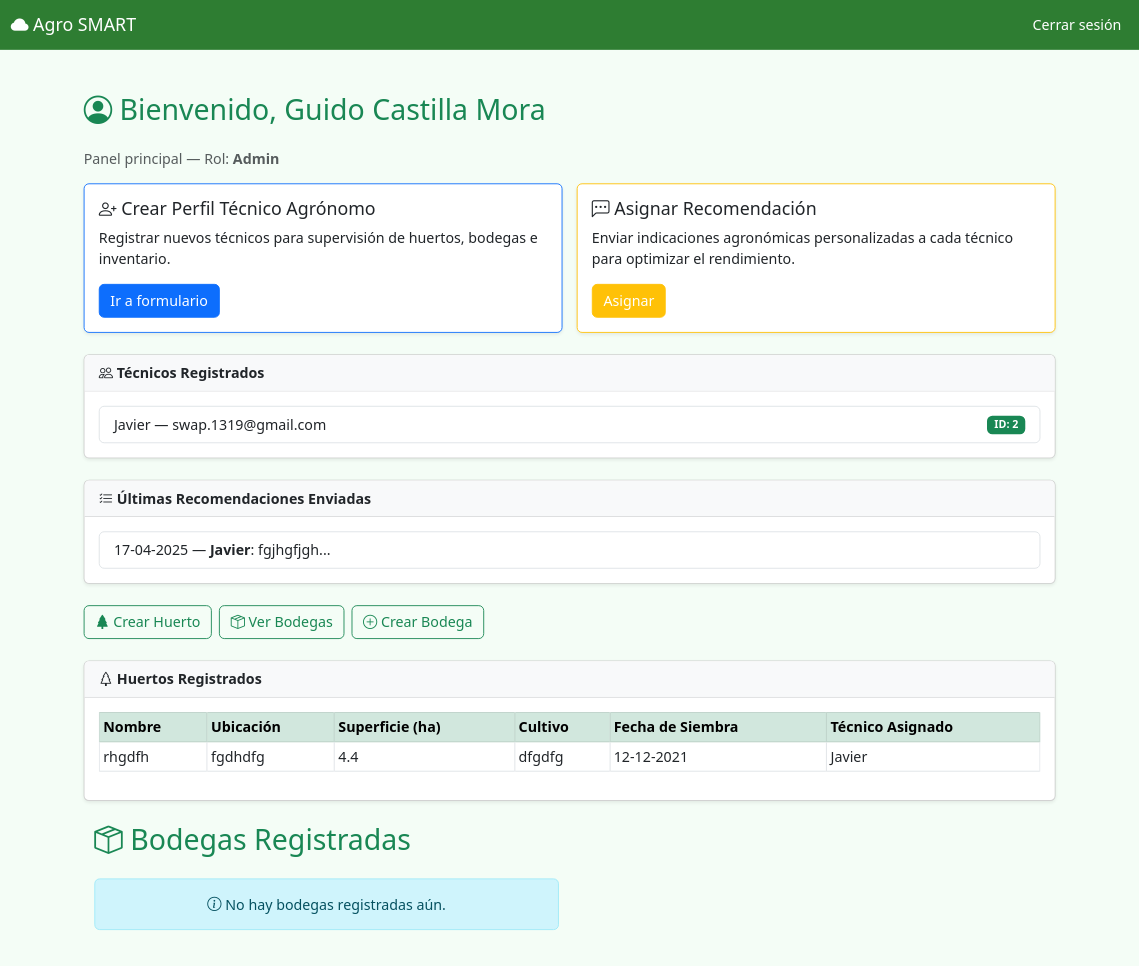
Repository: eikos4/Agrodeskv3
Page: http://localhost/dashboard
An editor plug-in stored every save of this project. The page is shown before and after the next save, followed by the edit.
The browser window is 1280 px wide. The pictures show the whole page, at 89% of full size.
The page is served by the project's application, run on Flask 3 (app/__init__.py). The user the application loads for id 1 is signed in. Other server files are loaded and not shown. The page reads the database file committed with the project.

Above is the page before, as saved 2025-04-14 10:59:52.

### app/templates/dashboard.html
{% extends "base.html" %}

{% block title %}Panel Principal{% endblock %}

{% block content %}
<div class="container py-4">

  <!-- Título del panel -->
  <h2 class="mb-4 text-success">
    <i class="bi bi-person-circle"></i> Bienvenido, {{ current_user.name }}
  </h2>
  <p class="text-muted">Panel principal — Rol: <strong>{{ current_user.role|capitalize }}</strong></p>

  {% if notificaciones %}
  <!-- Notificaciones -->
  <div class="alert alert-light border-start border-4 border-success shadow-sm mb-4">
    <h5><i class="bi bi-bell-fill text-success"></i> Notificaciones</h5>
    <ul class="mb-0 ps-3">
      {% for n in notificaciones %}
        <li><strong>{{ n.titulo }}</strong> — {{ n.mensaje }} <small class="text-muted">({{ n.fecha.strftime('%d-%m-%Y') }})</small></li>
      {% endfor %}
    </ul>
  </div>
  {% endif %}

  <!-- Panel para Administradores -->
  {% if current_user.role == 'admin' %}
    <div class="row g-3 mb-4">
      <div class="col-md-6">
        <div class="card border-primary shadow-sm h-100">
          <div class="card-body">
            <h5 class="card-title"><i class="bi bi-person-plus"></i> Crear Perfil Técnico Agrónomo</h5>
            <p class="card-text">Registrar nuevos técnicos para supervisión de huertos, bodegas e inventario.</p>
            <a href="{{ url_for('admin.crear_tecnico') }}" class="btn btn-primary">Ir a formulario</a>
          </div>
        </div>
      </div>
      <div class="col-md-6">
        <div class="card border-warning shadow-sm h-100">
          <div class="card-body">
            <h5 class="card-title"><i class="bi bi-chat-left-dots"></i> Asignar Recomendación</h5>
            <p class="card-text">Enviar indicaciones agronómicas personalizadas a cada técnico para optimizar el rendimiento.</p>
            <a href="{{ url_for('admin.recomendar') }}" class="btn btn-warning text-white">Asignar</a>
          </div>
        </div>
      </div>
    </div>

    <!-- Técnicos Registrados -->
    <div class="card mb-4 shadow-sm">
      <div class="card-header bg-light">
        <strong><i class="bi bi-people"></i> Técnicos Registrados</strong>
      </div>
      <div class="card-body">
        <ul class="list-group">
          {% for tecnico in tecnicos %}
            <li class="list-group-item d-flex justify-content-between align-items-center">
              {{ tecnico.name }} — {{ tecnico.email }}
              <span class="badge bg-success">ID: {{ tecnico.id }}</span>
            </li>
          {% else %}
            <li class="list-group-item text-muted">No hay técnicos registrados aún.</li>
          {% endfor %}
        </ul>
      </div>
    </div>

    <!-- Últimas Recomendaciones -->
    <div class="card shadow-sm mb-4">
      <div class="card-header bg-light">
        <strong><i class="bi bi-list-check"></i> Últimas Recomendaciones Enviadas</strong>
      </div>
      <div class="card-body">
        <ul class="list-group">
          {% for r in ultimas_recomendaciones %}
            <li class="list-group-item">
              {{ r.fecha.strftime('%d-%m-%Y') }} — <strong>{{ r.tecnico.name }}</strong>: {{ r.contenido[:60] }}...
            </li>
          {% else %}
            <li class="list-group-item text-muted">Aún no se han enviado recomendaciones.</li>
          {% endfor %}
        </ul>
      </div>
    </div>

    <!-- Acciones Administrativas -->
    <div class="d-flex gap-2 mb-4">
      <a href="{{ url_for('admin.crear_huerto') }}" class="btn btn-outline-success">
        <i class="bi bi-tree-fill"></i> Crear Huerto
      </a>
      <a href="{{ url_for('admin.listar_bodegas') }}" class="btn btn-outline-success">
        <i class="bi bi-box-seam"></i> Ver Bodegas
      </a>
      <a href="{{ url_for('admin.crear_bodega') }}" class="btn btn-outline-success">
        <i class="bi bi-plus-circle"></i> Crear Bodega
      </a>
    </div>

    <!-- Huertos Registrados -->
    <div class="card mt-4 shadow-sm">
      <div class="card-header bg-light">
        <strong><i class="bi bi-tree"></i> Huertos Registrados</strong>
      </div>
      <div class="card-body">
        <div class="table-responsive">
          <table class="table table-bordered table-sm align-middle">
            <thead>
              <tr class="table-success">
                <th>Nombre</th>
                <th>Ubicación</th>
                <th>Superficie (ha)</th>
                <th>Cultivo</th>
                <th>Fecha de Siembra</th>
                <th>Técnico Asignado</th>
              </tr>
            </thead>
            <tbody>
              {% for h in huertos %}
              <tr>
                <td>{{ h.nombre }}</td>
                <td>{{ h.ubicacion }}</td>
                <td>{{ h.superficie_ha }}</td>
                <td>{{ h.tipo_cultivo }}</td>
                <td>{{ h.fecha_siembra.strftime('%d-%m-%Y') }}</td>
                <td>{{ h.responsable.name }}</td>
              </tr>
              {% else %}
              <tr><td colspan="6" class="text-muted">No hay huertos registrados.</td></tr>
              {% endfor %}
            </tbody>
          </table>
        </div>
      </div>
    </div>



  <!-- Panel para Técnicos -->
  {% elif current_user.role == 'tecnico' %}
    <div class="alert alert-success shadow-sm d-flex align-items-center mb-4">
      <i class="bi bi-megaphone fs-3 me-3"></i>
      <div>
        <h5 class="mb-1">Instrucciones Técnicas</h5>
        <p class="mb-0">Tu ingeniero agrónomo ha enviado las siguientes recomendaciones para tu gestión de campo.</p>
      </div>
    </div>

    <h4 class="text-success mb-3"><i class="bi bi-tree"></i> Mis Huertos</h4>
    <div class="row row-cols-1 row-cols-md-2 row-cols-lg-3 g-4">
      {% for h in huertos %}
      <div class="col">
        <div class="card border-success h-100 shadow-sm">
          <div class="card-header bg-success text-white">
            <h5 class="card-title mb-0"><i class="bi bi-tree-fill"></i> {{ h.nombre }}</h5>
          </div>
          <div class="card-body">
            <p><i class="bi bi-geo-alt-fill text-success"></i> <strong>Ubicación:</strong> {{ h.ubicacion }}</p>
            <p><i class="bi bi-flower2 text-success"></i> <strong>Cultivo:</strong> {{ h.tipo_cultivo }}</p>
            <p><i class="bi bi-rulers text-success"></i> <strong>Superficie:</strong> {{ h.superficie_ha }} ha</p>
            <p><i class="bi bi-calendar-check text-success"></i> <strong>Siembra:</strong> {{ h.fecha_siembra.strftime('%d-%m-%Y') }}</p>
          </div>
        </div>
      </div>
      {% else %}
      <div class="col-12">
        <div class="alert alert-info text-center">
          <i class="bi bi-info-circle"></i> No tienes huertos asignados aún.
        </div>
      </div>
      {% endfor %}
    </div>

    <!-- Recomendaciones Recientes -->
    <h4 class="text-success mb-3 mt-5"><i class="bi bi-clipboard-check"></i> Recomendaciones Recientes</h4>
    <div class="list-group shadow-sm">
      {% for r in recomendaciones %}
      <div class="list-group-item list-group-item-action border-start border-success border-4">
        <div class="d-flex w-100 justify-content-between">
          <h6 class="mb-1"><i class="bi bi-calendar-event text-success"></i> {{ r.fecha.strftime('%d-%m-%Y') }}</h6>
          {% if r.autor %}
          <small class="text-muted">Emitida por: {{ r.autor.name }}</small>
          {% endif %}
        </div>
        <p class="mb-1">📌 {{ r.contenido }}</p>
      </div>
      {% else %}
      <div class="list-group-item text-muted text-center">No tienes recomendaciones aún.</div>
      {% endfor %}
    </div>
  {% endif %}

  <!-- Bodegas Asignadas -->
  <div class="container mt-4">
    <h2 class="text-success mb-4"><i class="bi bi-box-seam"></i> Bodegas Registradas</h2>

    <div class="row row-cols-1 row-cols-md-2 g-4">
      {% for bodega in bodegas %}
      <div class="col">
        <div class="card border-success shadow-sm h-100">
          <div class="card-header bg-success text-white d-flex justify-content-between align-items-center">
            <strong><i class="bi bi-house-door-fill"></i> {{ bodega.nombre }}</strong>
            <small>{{ bodega.huerto.nombre }}</small>
          </div>
          <div class="card-body">
            <p><i class="bi bi-geo-alt-fill text-success"></i> <strong>Ubicación:</strong> {{ bodega.ubicacion or "No especificada" }}</p>
            <p><i class="bi bi-person-circle text-success"></i> <strong>Responsable:</strong> {{ bodega.responsable.name if bodega.responsable else 'Sin asignar' }}</p>
            <a href="{{ url_for('admin.ver_quimicos', bodega_id=bodega.id) }}" class="btn btn-outline-success btn-sm mt-2">
              {# <a href="{{ url_for('admin.ver_quimicos', bodega_id=bodega.id) }}">Ver químicos</a> #}

            </a>
          </div>
        </div>
      </div>
      {% else %}
      <div class="col-12">
        <div class="alert alert-info text-center">
          <i class="bi bi-info-circle"></i> No hay bodegas registradas aún.
        </div>
      </div>
      {% endfor %}
    </div>
  </div>

{% endblock %}

### app/templates/base.html
<!DOCTYPE html>
<html lang="es">
<head>
    <meta charset="UTF-8">
    <title>{% block title %}AgroSMART{% endblock %}</title>
    <meta name="viewport" content="width=device-width, initial-scale=1">

    <!-- Bootstrap 5 -->
    <link href="https://cdn.jsdelivr.net/npm/bootstrap@5.3.0/dist/css/bootstrap.min.css" rel="stylesheet">

    <!-- Iconos de Bootstrap -->
    <link href="https://cdn.jsdelivr.net/npm/bootstrap-icons@1.10.5/font/bootstrap-icons.css" rel="stylesheet">

    <style>
        body {
            background-color: #f4fdf6;
        }
        .navbar-agro {
            background-color: #2e7d32; /* Verde oscuro */
        }
        .navbar-agro .nav-link,
        .navbar-agro .navbar-brand {
            color: #ffffff !important;
        }
        .navbar-agro .nav-link:hover {
            color: #c8e6c9 !important;
        }
        .btn-agro {
            background-color: #43a047;
            color: white;
        }
        .btn-agro:hover {
            background-color: #388e3c;
        }
    </style>
</head>
<body>

<nav class="navbar navbar-expand-lg navbar-agro">
  <div class="container-fluid">
    <a class="navbar-brand" href="{{ url_for('main.index') }}">
        <i class="bi bi-cloud-fill"></i> Agro SMART
    </a>
    <button class="navbar-toggler" type="button" data-bs-toggle="collapse" data-bs-target="#navbarNav">
      <span class="navbar-toggler-icon"></span>
    </button>
    <div class="collapse navbar-collapse justify-content-end" id="navbarNav">
      <ul class="navbar-nav">
        {% if current_user.is_authenticated %}
          <li class="nav-item">
            <a class="nav-link" href="{{ url_for('auth.logout') }}">Cerrar sesión</a>
          </li>
        {% endif %}
      </ul>
    </div>
  </div>
</nav>

<div class="container mt-4">
  {% with messages = get_flashed_messages(with_categories=true) %}
    {% if messages %}
      {% for category, message in messages %}
        <div class="alert alert-{{ category }} alert-dismissible fade show" role="alert">
          {{ message }}
          <button type="button" class="btn-close" data-bs-dismiss="alert" aria-label="Close"></button>
        </div>
      {% endfor %}
    {% endif %}
  {% endwith %}

  {% block content %}{% endblock %}
</div>

<!-- Bootstrap JS (opcional para alertas, menú móvil, etc.) -->
<script src="https://cdn.jsdelivr.net/npm/bootstrap@5.3.0/dist/js/bootstrap.bundle.min.js"></script>
</body>
</html>

### app/__init__.py
from flask import Flask, render_template
from flask_sqlalchemy import SQLAlchemy
from flask_login import LoginManager
from flask_migrate import Migrate
import os

db = SQLAlchemy()
login_manager = LoginManager()
migrate = Migrate()

def create_app():
    app = Flask(__name__)

    # Cargar la configuración del objeto Config definido en config.py.
    # Se recomienda usar variables de entorno para datos sensibles.
    app.config.from_object('config.Config')

    # Inicializar extensiones
    db.init_app(app)
    login_manager.init_app(app)
    migrate.init_app(app, db)

    # Configurar el login manager
    login_manager.login_view = "auth.login"        # Ruta o endpoint de la página de login
    login_manager.login_message_category = "info"   # Categoría para mensajes flash

    # Importar los modelos después de inicializar las extensiones para evitar ciclos
    from app.models import User

    @login_manager.user_loader
    def load_user(user_id):
        return User.query.get(int(user_id))

    # Registro de Blueprints
    from .routes.auth import auth_bp
    from .routes.admin import admin_bp
    from .routes.tecnico import tecnico_bp  # type: ignore
    from .routes.main import main_bp

    app.register_blueprint(auth_bp)
    app.register_blueprint(admin_bp)
    app.register_blueprint(tecnico_bp)
    app.register_blueprint(main_bp)

    # Registro de manejadores de errores personalizados
    @app.errorhandler(404)
    def not_found_error(error):
        return render_template("404.html"), 404

    @app.errorhandler(500)
    def internal_error(error):
        # Rollback de la sesión si ocurre un error interno para evitar bloqueos de transacciones
        db.session.rollback()
        return render_template("500.html"), 500

    return app

### app/routes/main.py
from flask import Blueprint, render_template

from app.models import User, Recomendacion, Huerto
from app.models import Bodega

from flask_login import login_required, current_user

main_bp = Blueprint('main', __name__)

@main_bp.route('/')
def index():
    return render_template('index.html')




@main_bp.route('/dashboard')
@login_required
def dashboard():
    if current_user.role == "admin":
        tecnicos = User.query.filter_by(role="tecnico").all()
        ultimas_recomendaciones = Recomendacion.query.order_by(Recomendacion.fecha.desc()).limit(5).all()
        huertos = Huerto.query.order_by(Huerto.fecha_siembra.desc()).all()
        return render_template(
            "dashboard.html",
            tecnicos=tecnicos,
            ultimas_recomendaciones=ultimas_recomendaciones,
            huertos=huertos
        )
    else:
        recomendaciones = Recomendacion.query.filter_by(tecnico_id=current_user.id).order_by(Recomendacion.fecha.desc()).limit(5).all()
        huertos = Huerto.query.filter_by(responsable_id=current_user.id).order_by(Huerto.fecha_siembra.desc()).all()
        bodegas = Bodega.query.filter_by(responsable_id=current_user.id).all()
        return render_template(
            "dashboard.html",
            recomendaciones=recomendaciones,
            huertos=huertos,
            bodegas=bodegas  # ✅ ahora se pasan las bodegas al template
        )

### instance/agrocloud.db (the tables this page reads, as SQL)
CREATE TABLE huertos (
	id INTEGER NOT NULL, 
	nombre VARCHAR(100) NOT NULL, 
	ubicacion VARCHAR(200), 
	superficie_ha FLOAT, 
	tipo_cultivo VARCHAR(100), 
	fecha_siembra DATE, 
	responsable_id INTEGER, 
	created_at DATETIME, 
	updated_at DATETIME, 
	PRIMARY KEY (id), 
	FOREIGN KEY(responsable_id) REFERENCES users (id)
);
INSERT INTO "huertos" VALUES
(1, 'rhgdfh', 'fgdhdfg', 4.4, 'dfgdfg', '2021-12-12', 2, '2025-04-17 23:33:06.089359', '2025-04-17 23:33:06.089369');

CREATE TABLE recomendacion (
	id INTEGER NOT NULL, 
	contenido TEXT NOT NULL, 
	fecha DATETIME, 
	categoria VARCHAR(100), 
	estado VARCHAR(20), 
	adjunto VARCHAR(200), 
	tecnico_id INTEGER, 
	autor_id INTEGER, 
	PRIMARY KEY (id), 
	FOREIGN KEY(autor_id) REFERENCES users (id), 
	FOREIGN KEY(tecnico_id) REFERENCES users (id)
);
INSERT INTO "recomendacion" VALUES
(1, 'fgjhgfjgh', '2025-04-17 23:45:08.317837', NULL, 'pendiente', NULL, 2, NULL);

CREATE TABLE users (
	id INTEGER NOT NULL, 
	name VARCHAR(100) NOT NULL, 
	email VARCHAR(150) NOT NULL, 
	password VARCHAR(200) NOT NULL, 
	role VARCHAR(20) NOT NULL, 
	created_by INTEGER, 
	created_at DATETIME, 
	updated_at DATETIME, 
	PRIMARY KEY (id), 
	FOREIGN KEY(created_by) REFERENCES users (id)
);
INSERT INTO "users" VALUES
(1, 'Guido Castilla Mora', 'guido@agrocloud.cl', 'scrypt:32768:8:1$UcWMlIv4oViOaPQj$4d5777988d157cd96fb4feac4110ea1bd0b5c715f32791a37922e6941c228e9e4a723003b095e46d76f2f310074ab29ee94bd776404a8144e13cb43c19d4e559', 'admin', NULL, '2025-04-17 23:16:18.435664', '2025-04-17 23:16:18.435670'),
(2, 'Javier', 'swap.1319@gmail.com', 'scrypt:32768:8:1$6y2Fs4lw9H8hl7u6$885c992452306bc98f13c96bcb742ceadf1163ed18b430c5432c8e8348a8c488ac66ad511bedece8ab926819446097d01a13d8a0e0b2642220f0106ab8d197e6', 'tecnico', 1, '2025-04-17 23:17:48.669882', '2025-04-17 23:18:13.070963');

After the next save:
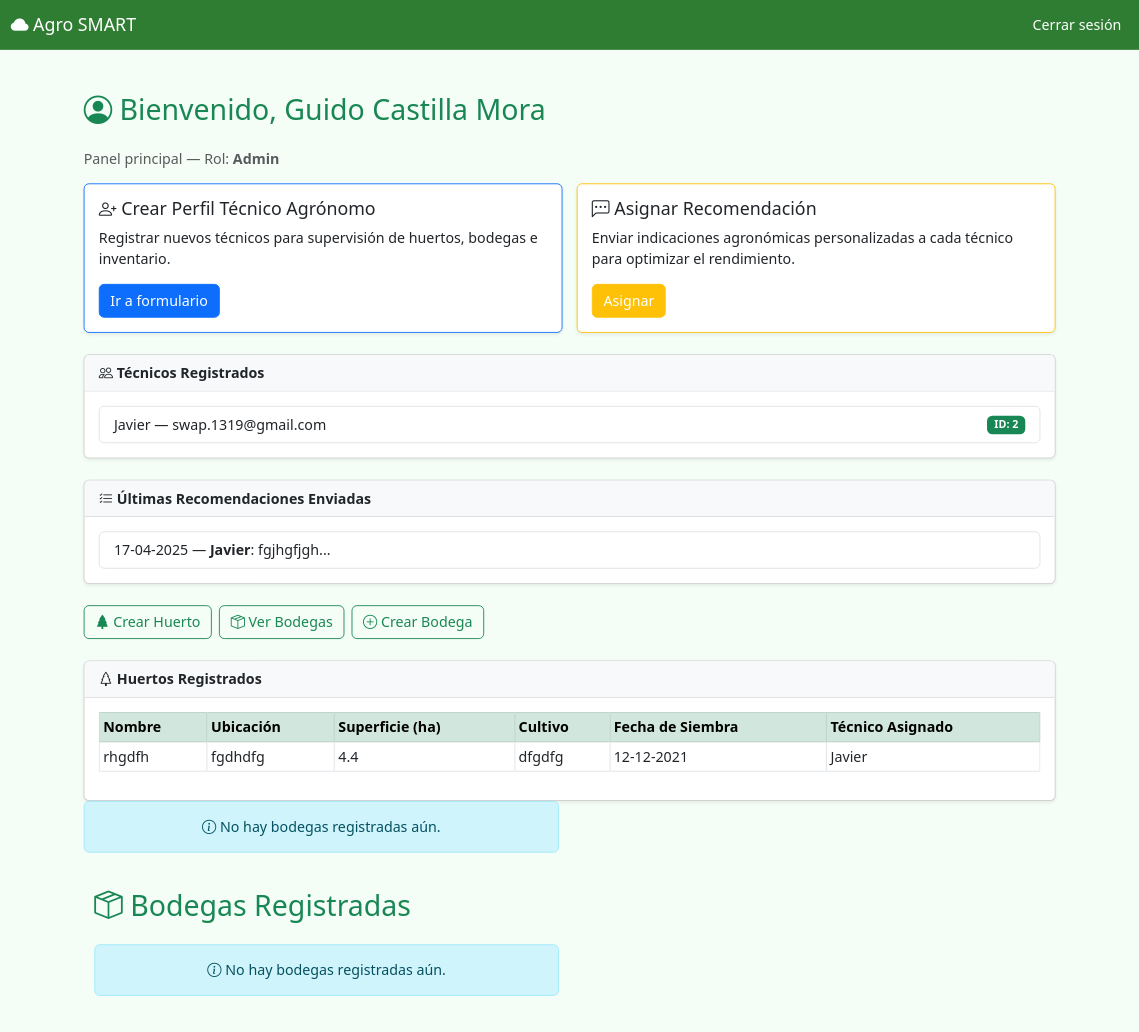
Saved 15 min 26 s later.
--- a/app/templates/dashboard.html
+++ b/app/templates/dashboard.html
@@ -133,6 +133,33 @@
       </div>
     </div>
 
+    <div class="row row-cols-1 row-cols-md-2 g-4">
+      {% for bodega in bodegas %}
+        <div class="col">
+          <div class="card border-success shadow-sm h-100">
+            <div class="card-header bg-success text-white d-flex justify-content-between align-items-center">
+              <strong><i class="bi bi-house-door-fill"></i> {{ bodega.nombre }}</strong>
+              <small>{{ bodega.huerto.nombre }}</small>
+            </div>
+            <div class="card-body">
+              <p><i class="bi bi-geo-alt-fill text-success"></i> <strong>Ubicación:</strong> {{ bodega.ubicacion or "No especificada" }}</p>
+              <p><i class="bi bi-person-circle text-success"></i> <strong>Responsable:</strong> {{ bodega.responsable.name if bodega.responsable else 'Sin asignar' }}</p>
+              <a href="{{ url_for('admin.ver_quimicos', bodega_id=bodega.id) }}" class="btn btn-outline-success btn-sm mt-2">
+                Ver químicos
+              </a>
+            </div>
+          </div>
+        </div>
+      {% else %}
+        <div class="col-12">
+          <div class="alert alert-info text-center">
+            <i class="bi bi-info-circle"></i> No hay bodegas registradas aún.
+          </div>
+        </div>
+      {% endfor %}
+    </div>
+
+
 
 
   <!-- Panel para Técnicos -->

After the save that followed:
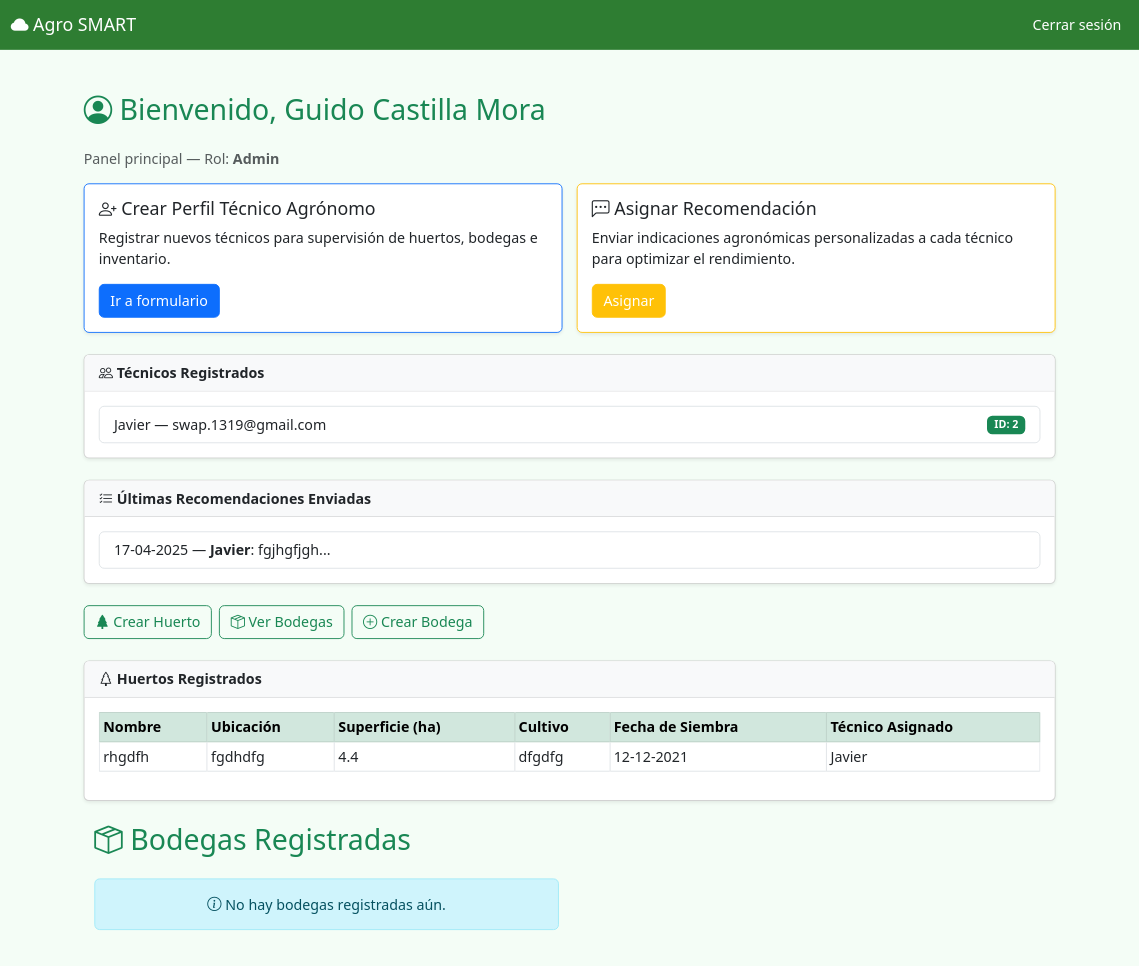
Saved 10 s later.
--- a/app/templates/dashboard.html
+++ b/app/templates/dashboard.html
@@ -133,31 +133,6 @@
       </div>
     </div>
 
-    <div class="row row-cols-1 row-cols-md-2 g-4">
-      {% for bodega in bodegas %}
-        <div class="col">
-          <div class="card border-success shadow-sm h-100">
-            <div class="card-header bg-success text-white d-flex justify-content-between align-items-center">
-              <strong><i class="bi bi-house-door-fill"></i> {{ bodega.nombre }}</strong>
-              <small>{{ bodega.huerto.nombre }}</small>
-            </div>
-            <div class="card-body">
-              <p><i class="bi bi-geo-alt-fill text-success"></i> <strong>Ubicación:</strong> {{ bodega.ubicacion or "No especificada" }}</p>
-              <p><i class="bi bi-person-circle text-success"></i> <strong>Responsable:</strong> {{ bodega.responsable.name if bodega.responsable else 'Sin asignar' }}</p>
-              <a href="{{ url_for('admin.ver_quimicos', bodega_id=bodega.id) }}" class="btn btn-outline-success btn-sm mt-2">
-                Ver químicos
-              </a>
-            </div>
-          </div>
-        </div>
-      {% else %}
-        <div class="col-12">
-          <div class="alert alert-info text-center">
-            <i class="bi bi-info-circle"></i> No hay bodegas registradas aún.
-          </div>
-        </div>
-      {% endfor %}
-    </div>
 
 
 
